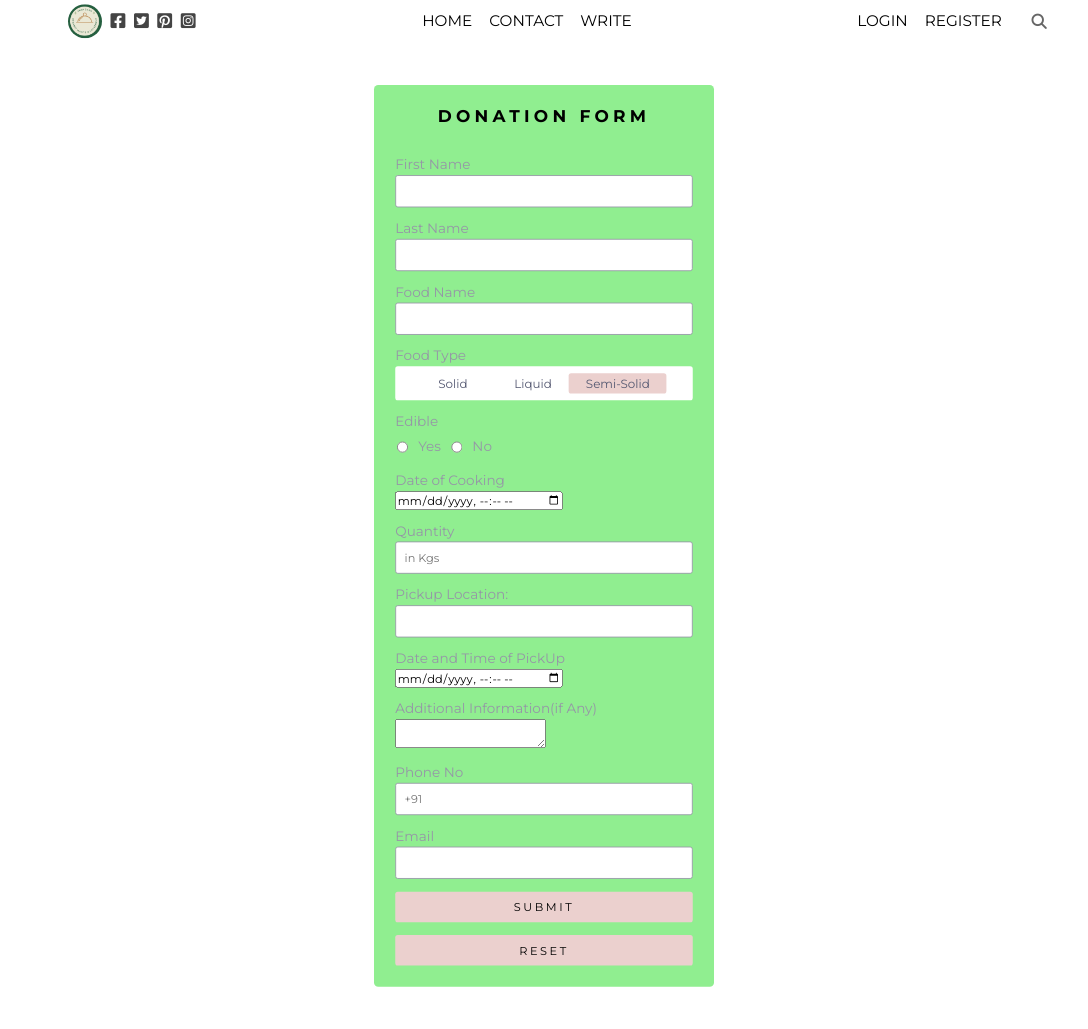
Repository: blsnabrhm/anna-daan
Page: /Contact (app in client/)
An editor plug-in stored every save of this project. The page is shown before and after the next save, followed by the edit.
The browser window is 1280 px wide. The pictures show the whole page, at 85% of full size.
Some web libraries are served in a nearby version. The project was rebuilt for these pictures with package versions that can differ from the ones it lists, and the page was loaded fresh each time. Also part of the build but not shown: client/src/components/header/header.css, client/src/components/header/Header.jsx, client/src/components/posts/posts.css, client/src/components/posts/Posts.jsx, client/src/components/sidebar/sidebar.css, client/src/components/sidebar/SideBar.jsx, client/src/pages/home/home.css, client/src/pages/home/Home.jsx and 13 more. Imported but missing from the stored project, and not drawn on this page: client/src/components/post/Post.

Above is the page before, as saved 2022-04-22 09:19:16.

### client/public/index.html
<!DOCTYPE html>
<html lang="en">
  <head>
    <meta charset="utf-8" />
    <link rel="icon" href="%PUBLIC_URL%/favicon.ico" />
    <meta name="viewport" content="width=device-width, initial-scale=1" />
    <meta name="theme-color" content="#000000" />
    <meta
      name="description"
      content="Web site created using create-react-app"
    />
    <link rel="preconnect" href="https://fonts.googleapis.com">
    <link rel="preconnect" href="https://fonts.gstatic.com" crossorigin>
    <link href="https://fonts.googleapis.com/css2?family=Josefin+Sans:wght@100;200;300;400;500;600;700&family=Lora:ital@0;1&family=Varela&family=Varela+Round&display=swap" rel="stylesheet">
    <link rel="stylesheet" href="https://cdnjs.cloudflare.com/ajax/libs/font-awesome/6.1.1/css/all.min.css" integrity="sha512-KfkfwYDsLkIlwQp6LFnl8zNdLGxu9YAA1QvwINks4PhcElQSvqcyVLLD9aMhXd13uQjoXtEKNosOWaZqXgel0g==" crossorigin="anonymous" referrerpolicy="no-referrer" />
    <style>*{
      margin: 0;
    }</style>
    <style>
      .link {
        text-decoration: none;
        color: inherit;
      }
    </style>
    <title>Anna Daan</title>
  </head>
  <body>
    <noscript>You need to enable JavaScript to run this app.</noscript>
    <div id="root"></div>

  </body>
</html>

### client/src/index.js
import React from 'react';
import ReactDOM from 'react-dom/client';
import App from './App';
import { ContextProvider } from './context/Context';

const root = ReactDOM.createRoot(document.getElementById('root'));
root.render(
  <React.StrictMode>
    <ContextProvider>
    <App />
    </ContextProvider>
  </React.StrictMode>
);

### client/src/App.js
import Home from "./pages/home/Home";
import TopBar from "./components/topbar/TopBar";
import Single from "./pages/single/Single";
import Write from "./pages/write/Write";
import Settings from "./pages/settings/Settings";
import Login from "./pages/login/Login";
import Register from "./pages/register/Register";
import Contact from "./pages/contact/Contact";
import { BrowserRouter as Router, Switch, Route, Link } from "react-router-dom";
import { useContext } from "react";
import { Context } from "./context/Context";

function App() {
  const { user } = useContext(Context);
  return (
    <Router>
      <TopBar />
      <Switch>
        <Route exact path="/">
          <Home />
        </Route>
        <Route path="/register">{user ? <Home /> : <Register />}</Route>
        <Route path="/login">{user ? <Home /> : <Login />}</Route>
        <Route path="/Contact">{user ? <Contact />: <Contact/> }</Route>
        <Route path="/write">{user ? <Write /> : <Register />}</Route>
        <Route path="/settings">{user ? <Settings /> : <Register />}</Route>
        <Route path="/post/:postId">
          <Single />
        </Route>
      </Switch>
    </Router>
  );
}

export default App;

### client/src/context/Context.js
import { createContext, useEffect, useReducer } from "react";
import Reducer from "./Reducer";

const INITIAL_STATE = {
  user: JSON.parse(localStorage.getItem("user")) || null,
  isFetching: false,
  error: false,
};

export const Context = createContext(INITIAL_STATE);

export const ContextProvider = ({ children }) => {
  const [state, dispatch] = useReducer(Reducer, INITIAL_STATE);

  useEffect(() => {
    localStorage.setItem("user", JSON.stringify(state.user));
  }, [state.user]);

  return (
    <Context.Provider
      value={{
        user: state.user,
        isFetching: state.isFetching,
        error: state.error,
        dispatch,
      }}
    >
      {children}
    </Context.Provider>
  );
};

### client/src/components/topbar/TopBar.jsx
import { useContext } from "react";
import { Link } from "react-router-dom";
import { Context } from "../../context/Context";
import "./topbar.css";

export default function TopBar() {
  const { user, dispatch } = useContext(Context);
  const PF = "http://localhost:3000/images/"

  const handleLogout = () => {
    dispatch({ type: "LOGOUT" });
  };
  return (
    <div className="top">
      <div className="topLeft">
        <img className="topImg topLogo" src={require('../../assets/Anna_Daan.png')} alt="" />
        <i className="topIcon fab fa-facebook-square"></i>
        <i className="topIcon fab fa-twitter-square"></i>
        <i className="topIcon fab fa-pinterest-square"></i>
        <i className="topIcon fab fa-instagram-square"></i>
      </div>
      <div className="topCenter">
        <ul className="topList">
          <li className="topListItem">
            <Link className="link" to="/" >
              HOME
            </Link>
          </li>
          <li className="topListItem">
            <Link className="link" to="/contact" >
              CONTACT
            </Link>
          </li>
          <li className="topListItem">
            <Link className="link" to="/write">
              WRITE
            </Link>
          </li>
          <li className="topListItem" onClick={handleLogout}>
            {user && "LOGOUT"}
          </li>
        </ul>
      </div>
      <div className="topRight">
        {user ? (
          <Link to="/settings">
            <img className="topImg" src={PF+user.profilePic} alt="" />
          </Link>
        ) : (
          <ul className="topList">
            <li className="topListItem">
              <Link className="link" to="/login" >
                LOGIN
              </Link>
            </li>
            <li className="topListItem">
              <Link className="link" to="/register">
                REGISTER
              </Link>
            </li>
          </ul>
        )}
        <i className="topSearchIcon fas fa-search"></i>
      </div>
    </div>
  );
}

### client/src/pages/contact/Contact.jsx
import './contact.css'

export default function Contact() {
    return (
    <div className='contact'>
        <div class="registration_form">
		<div class="title">
			Donation Form
		</div>

		<form>
			<div class="form_wrap">
                <div className="input_wrap">
					<label for="fname">First Name</label>
					<input type="text" id="email"/>
				</div>
				<div className="input_wrap">
					<label for="lname">Last Name</label>
					<input type="text" id="email"/>
				</div>
                <div >

                </div>

                <div className="input_wrap">
					<label for="fname">Food Name</label>
					<input type="text" id="email"/>
				</div>
                <div className="input_wrap">
					<label>Food Type</label>
					<ul>
						<li>
							<label className="radio_wrap">
								<input type="radio" name="gender" value="male" className="input_radio" checked/>
								<span>Solid</span>
							</label>
						</li>
						<li>
							<label className="radio_wrap">
								<input type="radio" name="gender" value="female" className="input_radio"/>
								<span>Liquid</span>
							</label>
						</li>
                        <li>
							<label className="radio_wrap">
								<input type="radio" name="gender" value="male" className="input_radio" checked/>
								<span>Semi-Solid</span>
							</label>
						</li>
					</ul>
				</div>
                <div className="input_wrap">
                    <label className='edi' for="edible">Edible</label>
                    <div className='edible'>
                    <input className='edible' type="radio" id="y" name='edible'/>
                    <label className='edible' for="edible">Yes  </label>
                    <input className='edible' type="radio" id="n" name='edible'/>
                    <label className='edible' for="edible">No  </label>
                    </div>
                </div>
                <div className='input_wrap'>
                    <label for="dot">Date of Cooking</label>
					<input type="datetime-local" id="dot" class="ta"/>
                </div>
                <div className='input_wrap'>
                    <label for="quant">Quantity</label>
					<input type="number" id="quant" placeholder="in Kgs"/>
                </div>
                <div className='input_wrap'>
                    <label for="loc">Pickup Location:</label>
					<input type="text" id="loc" class="ta"/>
                </div>
                <div className='input_wrap'>
                    <label for="pick">Date and Time of PickUp</label>
					<input type="datetime-local" id="pick"/>
                </div>
                <div className='input_wrap'>
                    <label>Additional Information(if Any)</label>
					<textarea class="txta" for="ta"></textarea>
                </div>
				<div className="input_wrap">
					<label for="city">Phone No</label>
					<input type="tel" id="city" placeholder="+91"/>
				</div>
				<div className="input_wrap">
					<label for="country">Email</label>
					<input type="text" id="country"/>
				</div>
				<div className="input_wrap">
					<input type="submit" value="Submit" className="submit_btn"/>
				</div>
        <div className="input_wrap">
					<input type="submit" value="Reset" className="submit_btn"/>
				</div>
			</div>
		</form>
	</div>
    </div>
    )
}

### client/src/context/Reducer.js
const Reducer = (state, action) => {
  switch (action.type) {
    case "LOGIN_START":
      return {
        user: null,
        isFetching: true,
        error: false,
      };
    case "LOGIN_SUCCESS":
      return {
        user: action.payload,
        isFetching: false,
        error: false,
      };
    case "LOGIN_FAILURE":
      return {
        user: null,
        isFetching: false,
        error: true,
      };
      case "UPDATE_START":
        return {
          ...state,
          isFetching:true
        };
      case "UPDATE_SUCCESS":
        return {
          user: action.payload,
          isFetching: false,
          error: false,
        };
      case "UPDATE_FAILURE":
        return {
          user: state.user,
          isFetching: false,
          error: true,
        };
    case "LOGOUT":
      return {
        user: null,
        isFetching: false,
        error: false,
      };
    default:
      return state;
  }
};

export default Reducer;

### client/src/components/topbar/topbar.css
.top {
    width: 100%;
    height: 50px;
    background-color: white;
    position: sticky;
    top: 0;
    display: flex;
    align-items: center;
    font-family: "Josefin Sans", sans-serif;
    z-index: 999;
  }

  .topLeft,
  .topRight {
    flex: 3;
    display: flex;
    align-items: center;
    justify-content: center;
  }

  .topCenter {
    flex: 6;
  }

  .topLogo {
    margin-right: 10px;
  }

  .topIcon {
    font-size: 20px;
    margin-right: 10px;
    color: #444;
    cursor: pointer;
  }

  .topImg {
    width: 40px;
    height: 40px;
    border-radius: 50%;
    object-fit: cover;
    cursor: pointer;
  }

  .topList {
    display: flex;
    justify-content: center;
    margin: 0;
    padding: 0;
    list-style: none;
  }

  .topListItem {
    margin-right: 20px;
    font-size: 18px;
    font-weight: 300;
    cursor: pointer;
  }

  .topSearchIcon {
    font-size: 18px;
    color: #666;
    cursor: pointer;
    margin-left: 15px;
  }

### client/src/pages/contact/contact.css
@import url('https://fonts.googleapis.com/css2?family=Montserrat:wght@400;700&display=swap');

*{
	margin: 0;
	padding: 0;
	box-sizing: border-box;
	list-style: none;
	font-family: 'Montserrat', sans-serif;
}

.contact {
    display: flex;
    align-items: center;
    justify-content: center;
    margin: 50px 0;
}


.edible {
    display: flex;
    flex-wrap: wrap;
    margin-top: 3px;
    margin-right: 10px;
    padding: 2px;
}

.wrapper{
	min-height: 100vh;
	display: flex;
	justify-content: center;
	align-items: center;
}

.registration_form{
	background: lightgreen;
	padding: 25px;
	border-radius: 5px;
	width: 400px;
}

.registration_form .title{
	text-align: center;
	font-size: 20px;
	text-transform: uppercase;
	color: #000000;
	letter-spacing: 5px;
	font-weight: 700;
}

.form_wrap{
	margin-top: 35px;
}

.form_wrap .input_wrap{
	margin-bottom: 15px;
}

.form_wrap .input_wrap:last-child{
	margin-bottom: 0;
}

.form_wrap .input_wrap label{
	display: block;
	margin-bottom: 3px;
	color: #9597a6;
}
.form_wrap .input_grp  input[type="text"] ,input[type="number"]{
	width: 165px;
}

.form_wrap  input[type="text"], input[type="number"], input[type="tel"]{
	width: 100%;
	border-radius: 3px;
	border: 1px solid #9597a6;
	padding: 10px;
	outline: none;
}

.form_wrap  input[type="text"]:focus{
	border-color: #ebd0ce;
}

.form_wrap ul{
	background: #fff;
	padding: 8px 10px;
	border-radius: 3px;
	display: flex;
	justify-content: center;
}

.form_wrap ul li:first-child{
	margin-right: 15px;
}
.form_wrap ul .radio_wrap{
	position: relative;
	margin-bottom: 0;
}

.form_wrap ul .radio_wrap .input_radio{
	position: absolute;
	top: 0;
	right: 0;
	opacity: 0;
}

.form_wrap ul .radio_wrap span{
	display: inline-block;
	font-size: 14px;
	padding: 3px 20px;
	border-radius: 3px;
	color: #545871;
}

.form_wrap .input_radio:checked ~ span{
	background: #ebd0ce;
}

.form_wrap .submit_btn{
	width: 100%;
	background: #ebd0ce;
	padding: 10px;
	border: 0;
	border-radius: 3px;
	text-transform: uppercase;
	letter-spacing: 3px;
	cursor: pointer;
}

.form_wrap .submit_btn:hover{
	background: #ffd5d2;
}

After the next save:
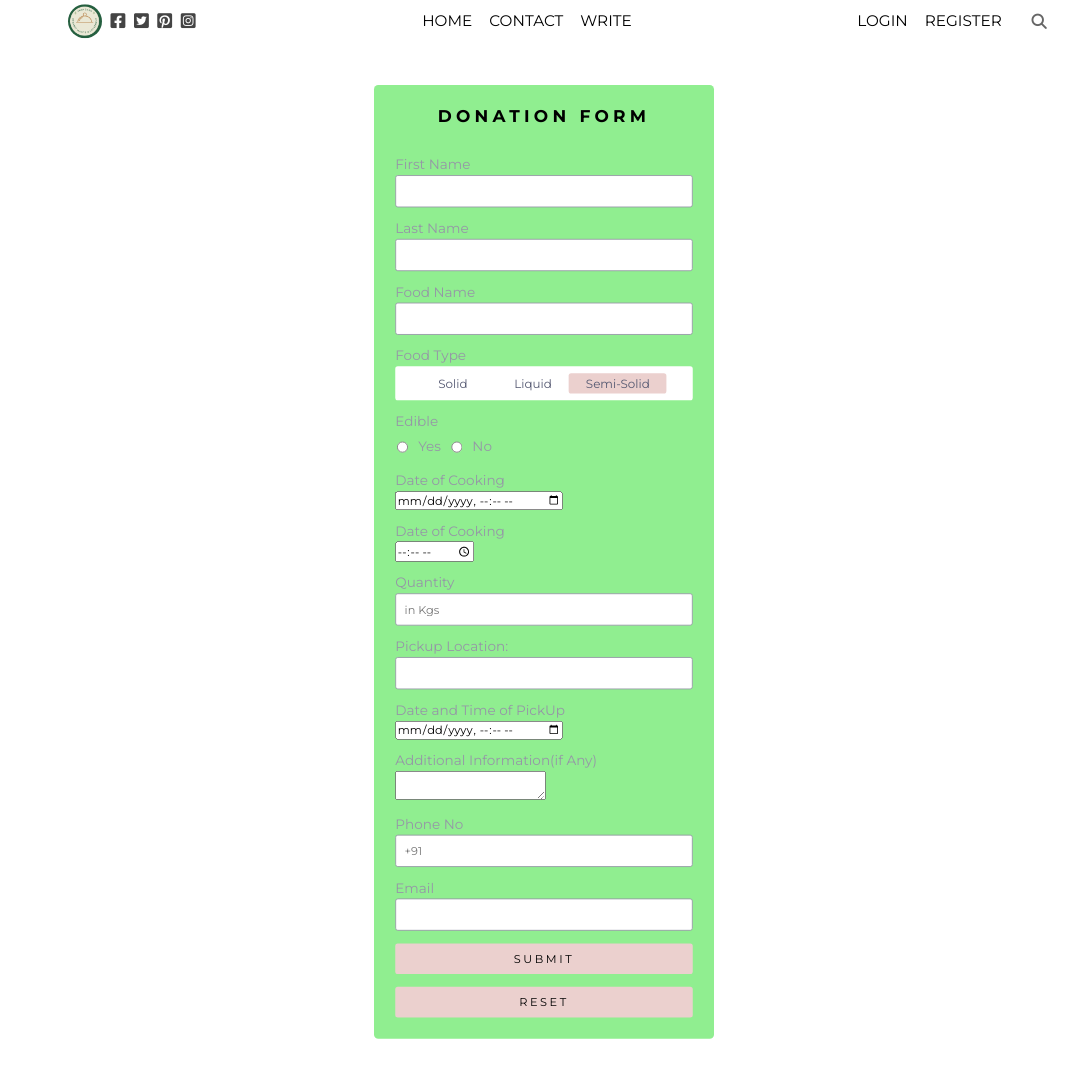
Saved 83 s later.
--- a/client/src/pages/contact/Contact.jsx
+++ b/client/src/pages/contact/Contact.jsx
@@ -63,6 +63,10 @@ export default function Contact() {
 					<input type="datetime-local" id="dot" class="ta"/>
                 </div>
                 <div className='input_wrap'>
+                    <label for="dot">Date of Cooking</label>
+					<input type="time" id="dot" class="ta"/>
+                </div>
+                <div className='input_wrap'>
                     <label for="quant">Quantity</label>
 					<input type="number" id="quant" placeholder="in Kgs"/>
                 </div>
